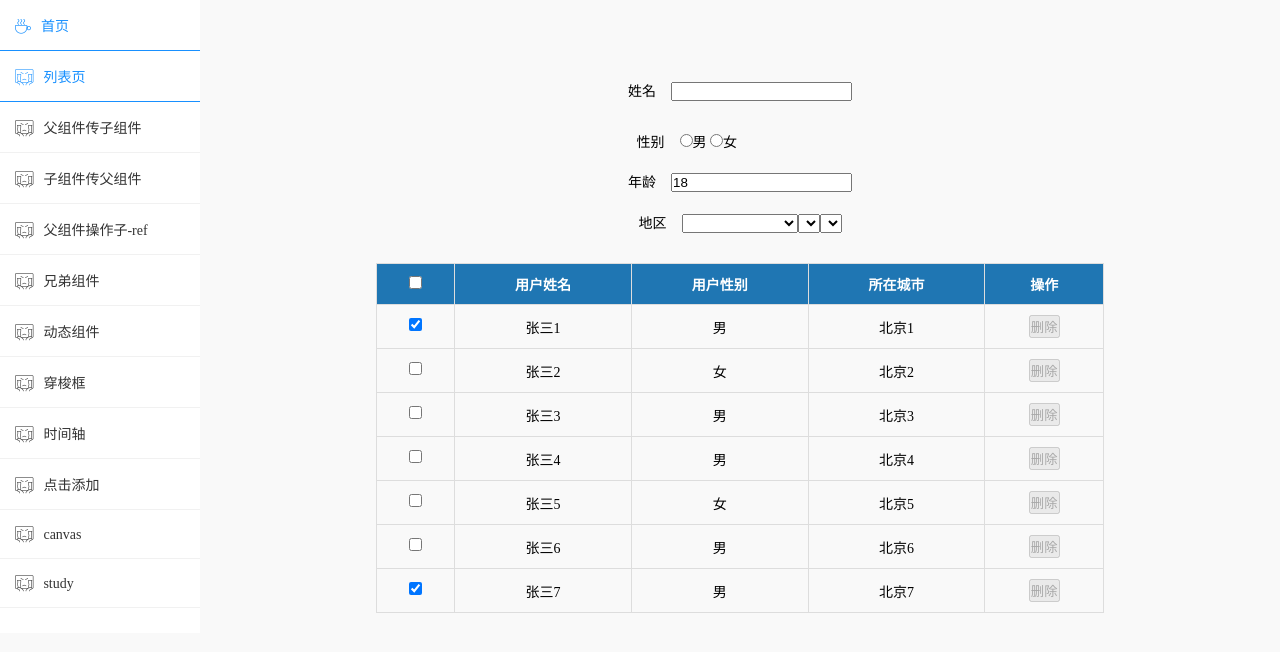
Repository: Serendipity-Zhang/vue-cli4
Page: /list
These files come from the project's save history. The page is drawn as it stood at one moment and after the next save; the edit follows.
The browser window is 1280 px wide. The pictures show the whole page.
The project was rebuilt for these pictures with package versions that can differ from the ones it lists, and the page was loaded fresh each time. Also part of the build but not shown: vue.config.js, src/views/Nav.vue, src/router/routes.js, src/layout/components/Nav.vue.

Above is the page before, as saved 2020-05-24 22:20:34.

### src/App.vue
<template>
  <div id="app">
    <!-- 左侧内容 -->
    <!-- <Nav /> -->
    <!-- 右侧内容 -->
    <!-- <div> -->
      <!-- 展示的出口 -->
      <!-- $route.meta.keepAlive 通过路由meta 为true的值 进行缓存 -->
      <!-- <keep-alive v-if="$route.meta.keepAlive">   -->
        <!-- 匹配路由缓存 -->
         <router-view />
      <!-- </keep-alive> -->

    <!-- </div> -->
  </div>
</template>

<script>
import Nav from './views/Nav.vue'; //导入

export default {
  name: 'App',
  data(){
    return {

    }
  },
  method:{

  },
  components:{  //组件
    Nav
  }

}
</script>

<style>
 @import './assets/css/index.css';
 #app {
   height:100%;
 }

</style>

### src/assets/css/index.css
* {
    padding: 0px;
    margin: 0px;
}
ul {
    list-style-type: none;
}

a {
    color: #333;
    text-decoration: none;
}
body {
    font-size: 14px;
    background-color: #f9f9f9;
}
body,html{
    width:100%;
    height:100%;
}
.tree {
    width: 200px;
    height: 100%;
    background: #fff;
    float: left;
}
.tree> ul {
    height: 100%;
}
.p_title {
    color: #333;
    display: block;
    padding: 15px;
    cursor:pointer;
    border-bottom: 1px solid #f1f1f1;
}
.selected {
    color: #1890ff;
    border-bottom: 1px solid #1890ff;
}
.p_title> i{
    padding-right:10px;
}
.p_title b{
    float: right;
    transition:all ease 1s;
    -webkit-transition:all ease 1s;
    -o-transition:all ease 1s;
    -moz-transition:all ease 1s;
    -ms-transition:all ease 1s;
}
.up {
    transform:rotate(0deg);
}
.down {
    transform:rotate(180deg);
}
.p_title:hover {
    color: #1890ff;
    border-bottom: 1px solid #1890ff;
}

.c_item a {
    display: block;
    padding: 10px 20px 10px 40px;
    background: #fff;
    color: #333;
    cursor:pointer;
}

.c_item a:hover {
    color: #1890ff;
    background: #e6f7ff;
    border-right: 4px solid #1890ff;
}

.banner {
    position: relative;
    float:left;
}
.banner .banner-circle {
    position: absolute;
    bottom: 5px;
    left: 0;
    right: 0;
    color: #fff;
}
.banner .banner-circle li{
    display:inline-block;
    background: rgba(0,0,0,.3);
    border-radius: 50%;
    padding:5px;
    margin:2px;
}
.banner .banner-circle ul {
    text-align: center;
}
.banner .banner-circle .selected {
    background: rgba(0,0,0,.8);
}
.banner img {
    max-width: 100%;
    margin: 0;
    padding: 0;
}

### src/layout/index.vue
<template>
  <div>
      <el-container>
        <el-aside width="200px">
            <!-- 左侧导航 -->
            <Sidebar />
        </el-aside>
        <el-container>
            <el-header>
                <!-- 面包屑 -->
                <!-- <Nav /> -->
            </el-header>
            <el-main>
                <!-- 右侧主内容 -->
                <Main />
            </el-main>
        </el-container>
    </el-container>
  </div>
</template>

<script>
import {Sidebar,Nav,Main} from './components'
// import Sidebar from './components/Sidebar';
// import Nav from './components/Nav';
// import Main from './components/Main';

export default {
  data () {
    return {

    }
  },
  components:{
      Sidebar,
      Nav,
      Main
  }
}
</script>

<!-- Add "scoped" attribute to limit CSS to this component only -->
<style  lang="scss">

// .el-header, .el-footer {
//     background-color: #B3C0D1;
//     color: #333;
//     text-align: center;
//     line-height: 60px;
//   }

//   .el-aside {
//     background-color: #D3DCE6;
//     color: #333;
//     text-align: center;
//     line-height: 200px;
//   }

//   .el-main {
//     background-color: #E9EEF3;
//     color: #333;
//     text-align: center;
//     line-height: 160px;
//   }

//   body > .el-container {
//     margin-bottom: 40px;
//   }

//   .el-container:nth-child(5) .el-aside,
//   .el-container:nth-child(6) .el-aside {
//     line-height: 260px;
//   }

//   .el-container:nth-child(7) .el-aside {
//     line-height: 320px;
//   }
</style>

### src/views/List.vue
<template>
  <div>
    <div class="add-people">
      <div class="add-people-content">
        <span>姓名</span>
        <input type="text" v-model="fromOne.name" />
      </div>
      <div
        class="add-people-content"
        style="margin-left: 92px;margin-top: 30px;"
      >
        <span>性别</span>
        <div class="oneSelect">
          <label for="sex1">
            <input type="radio" name="sex" v-model="fromOne.sex" value="0" />男
          </label>
          <label for="sex2">
            <input type="radio" name="sex" v-model="fromOne.sex" value="1" />女
          </label>
        </div>
      </div>
      <div class="add-people-content">
        <span>年龄</span>
        <input type="number" name="" id="" v-model.number="fromOne.age" />
      </div>
      <div class="add-people-content">
        <span>地区</span>

        <select name="" id="" v-model="provinceSelect">
          <option :value="v" v-for="(v,i) in provice" :key="i">{{v.AddName}}</option>
        </select>
         <select name="" id="" v-model="citySelect">
          <option value="" v-for="(v,i) in city" :key="i"></option>
        </select>
         <select name="" id="" v-model="areaSelect">
          <option value="" v-for="(v,i) in area" :key="i"></option>
        </select>
      </div>
    </div>

    <table class="table">
      <thead>
        <tr>
          <th>
            <input type="checkbox" v-model="checkAll" @change="checkChange" />
          </th>
          <th>用户姓名</th>
          <th>用户性别</th>
          <th>所在城市</th>
          <th>操作</th>
        </tr>
      </thead>
      <tbody>
        <tr v-for="(v, i) in lists" :key="i">
          <th>
            <input type="checkbox" v-model="v.check" @change="curCheckChange" />
          </th>
          <td>{{ v.name }}</td>
          <td>{{ v.sex }}</td>
          <td>{{ v.city }}</td>
          <td><button disabled="true">删除</button></td>
        </tr>
      </tbody>
    </table>
  </div>
</template>

<script>
import site_address from './areaIndex'
export default {
  name: "",
  data() {
    return {
      site_address,
      fromOne: { name: "", sex: "", age: "18" },
      provinceSelect:'',
      citySelect:'',
      areaSelect:'',
      provice:[],
      city:[],
      area:[],
      checkAll: false, //全选
      lists: [
        { name: "张三1", sex: "男", city: "北京1", check: true },
        { name: "张三2", sex: "女", city: "北京2", check: false },
        { name: "张三3", sex: "男", city: "北京3", check: false },
        { name: "张三4", sex: "男", city: "北京4", check: false },
        { name: "张三5", sex: "女", city: "北京5", check: false },
        { name: "张三6", sex: "男", city: "北京6", check: false },
        { name: "张三7", sex: "男", city: "北京7", check: true },
      ],
       listss:[
                {
                    id:0,
                    name:'张三',
                    sex:0,
                    area:'北京市-北京市-柔坏区',
                    age:16,
                    province:{"ID": 2,"TopID": 0,"AddName": "北京市"},
                    city:{"ID": 48,"TopID": 2,"AddName": "北京市"},
                    nowarea:{"ID": 495,"TopID": 48,"AddName": "怀柔区"},
                },
                {
                    id:1,
                    name:'李四',
                    sex:1,
                    area:'北京市-北京市-柔坏区',
                    age:28,
                    province:{"ID": 2,"TopID": 0,"AddName": "北京市"},
                    city:{"ID": 48,"TopID": 2,"AddName": "北京市"},
                    nowarea:{"ID": 495,"TopID": 48,"AddName": "怀柔区"},
                },
                {
                    id:2,
                    name:'王五',
                    sex:1,
                    area:'北京市-北京市-柔坏区',
                    age:30,
                    province:{"ID": 2,"TopID": 0,"AddName": "北京市"},
                    city:{"ID": 48,"TopID": 2,"AddName": "北京市"},
                    nowarea:{"ID": 495,"TopID": 48,"AddName": "怀柔区"},
                },
            ],
    };
  },
  methods: {
    checkChange() {
      //全选的状态改变
      this.lists.forEach((item) => {
        item.check = this.checkAll;
      });
    },
    curCheckChange() {
      //当前
      //当前选中的状态
      // var num = this.lists.filter(item=>item.check).length;
      //console.log(num);
      //num==this.lists.length ? this.checkAll = true : this.checkAll = false;
      //every()  检测数组中的元素是否符合条件，都满足，返回true, 只要有一个没有满 足，返回false
      this.checkAll = this.lists.every((item) => item.check);
    },
    getArea(){
      this.provice = site_address.filter(item => item.TopID == 0)
      console.log(this.provice);
      this.city = site_address.filter(item => item.TopID == 1)
       this.area = site_address.filter(item=>item.TopID==32);

    }


  },
   mounted () {
     console.log(this.site_address);
       console.log(site_address);

       this.getArea();
    }
};
</script>

<style scoped>
.add-people {
  margin-bottom: 30px;
  text-align: center;
}
span {
  margin-right: 15px;
}
.add-people .add-content input {
  font-size: 20px;
  vertical-align: middle;
  border: 1px solid black;
  border-radius: 5px;
  outline: none;
  padding: 4px 8px;
}
.oneSelect {
  width: 16rem;
  display: inline-block;
  text-align: left;
}
.add-people-content {
  margin-bottom: 20px;
}
ul {
  list-style-type: none;
}
.table {
  width: 70%;
  border-collapse: collapse;
  margin: 0 auto;
  text-align: center;
}
.table td,
.table th {
  border: 1px solid #ddd;
  padding: 10px;
}
.table thead tr {
  background: #1f76b3;
  color: #fff;
}
</style>

### src/layout/components/Sidebar.vue
<template>
  <div class="tree">
      <ul>
        <li class="p_item" v-for="(v,i) in items" :key="i">
          <router-link :to="v.url"
              class="p_title"
              @click="n=i">
            <i class="iconfont" :class="v.icon"></i>{{v.name}}
          </router-link>
        </li>
      </ul>
    </div>
</template>

<script>
export default {
  name:'',
  data(){
    return{
      n:1,
      items:[
          {
              name:'首页',
              icon:'icon-shenghuo',
              url:'/home'
          },
          {
              name:'列表页',
              icon:'icon-biaoqingleiben',
              url:'/list',
              child:[{name:'列表详情',url:'/list/toFather'}]
          },
          {
              name:'父组件传子组件',
              icon:'icon-biaoqingleiben',
              url:'/toSon'
          },
          {
              name:'子组件传父组件',
              icon:'icon-biaoqingleiben',
              url:'/toFather'
          },
          {
              name:'父组件操作子-ref',
              icon:'icon-biaoqingleiben',
              url:'/actionSon'
          },
          {
              name:'兄弟组件',
              icon:'icon-biaoqingleiben',
              url:'/brother'
          },
           {
              name:'动态组件',
              icon:'icon-biaoqingleiben',
              url:'comp1'
          },
          {
              name:'穿梭框',
              icon:'icon-biaoqingleiben',
              url:'/transfer'
          },
          {
              name:'时间轴',
              icon:'icon-biaoqingleiben',
              url:'/timeLine'
          },
          {
              name:'点击添加',
              icon:'icon-biaoqingleiben',
              url:'/AddFriend'
          },
          {
              name:'canvas',
              icon:'icon-biaoqingleiben',
              url:'/canvas'
          },
          {
              name:'study',
              icon:'icon-biaoqingleiben',
              url:'/study'
          }
      ]
    }
  }
}
</script>

<style>

</style>

### src/layout/components/Main.vue
<template>
        <router-view />
</template>

<script>
export default {
  data () {
    return {

    }
  }
}
</script>

<!-- Add "scoped" attribute to limit CSS to this component only -->
<style  lang="scss">

</style>

Loaded but not shown: public/index.html (common file); src/store/index.js (common file); src/views/areaIndex.js (library); src/router/index.js (34 lines, source omitted); src/main.js (33 lines, source omitted); src/layout/components/index.js (3 lines, source omitted); src/assets/font/iconfont.css (66 lines, source omitted)

After the next save:
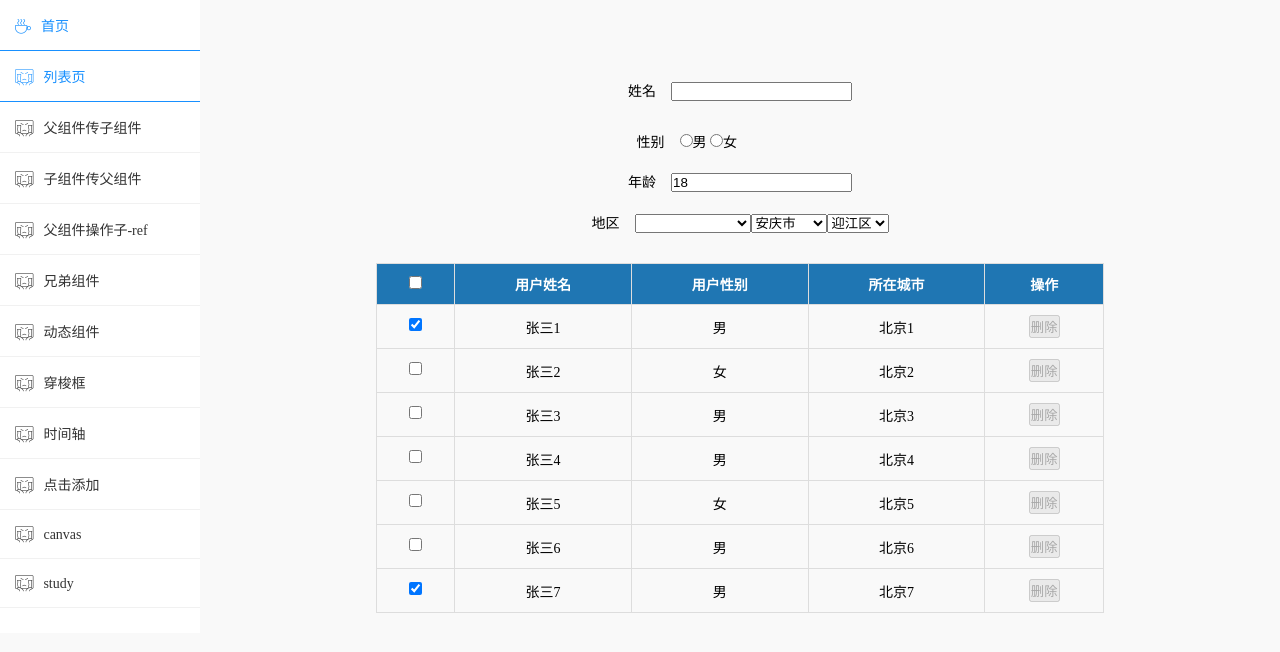
Saved 52 s later.
--- a/src/views/List.vue
+++ b/src/views/List.vue
@@ -30,10 +30,10 @@
           <option :value="v" v-for="(v,i) in provice" :key="i">{{v.AddName}}</option>
         </select>
          <select name="" id="" v-model="citySelect">
-          <option value="" v-for="(v,i) in city" :key="i"></option>
+          <option value="" v-for="(v,i) in city" :key="i">{{v.AddName}}</option>
         </select>
          <select name="" id="" v-model="areaSelect">
-          <option value="" v-for="(v,i) in area" :key="i"></option>
+          <option value="" v-for="(v,i) in area" :key="i">{{v.AddName}}</option>
         </select>
       </div>
     </div>
